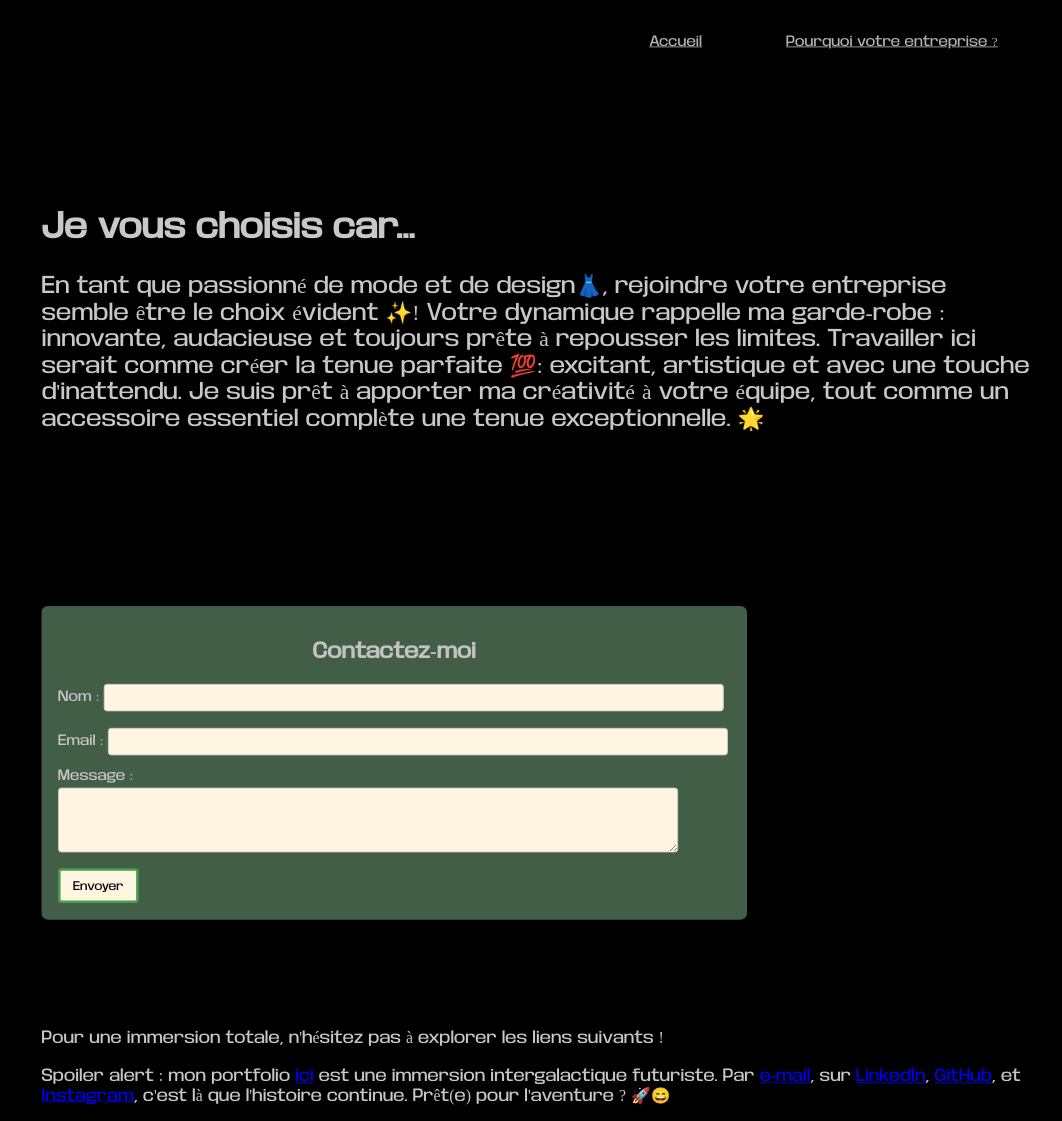
Repository: inessben/application
Page: about/about.html
The author's editor kept a copy of each file at every save. The page is drawn from the files as they stood at one save, then again after the next save.
The browser window is 1280 px wide. The pictures show the whole page, at 83% of full size.

Above is the page before, as saved 2023-12-04 02:22:12.

### about/about.html
<!DOCTYPE html>
<html lang="en">
<head>
    <meta charset="UTF-8">
    <meta name="viewport" content="width=device-width, initial-scale=1.0">
    <!-- generate the icon -->
    <link rel="apple-touch-icon" sizes="180x180" href="/favicon/apple-touch-icon.png">
    <link rel="icon" type="image/png" sizes="32x32" href="/favicon/favicon-32x32.png">
    <link rel="icon" type="image/png" sizes="16x16" href="/favicon/favicon-16x16.png">
    <link rel="manifest" href="/favicon/site.webmanifest">
    <link rel="mask-icon" href="/favicon/safari-pinned-tab.svg" color="#5bbad5">
    <meta name="msapplication-TileColor" content="#da532c">
    <!--  -->
    <meta name="theme-color" content="#ffffff">
    <title>#slowlyApplication</title>
    <link rel="stylesheet" href="about.css">

<script>
    document.addEventListener("DOMContentLoaded", function() {
        var formInputs = document.querySelectorAll("#contact-form input, #contact-form textarea")

        formInputs.forEach(function(input) {
            input.addEventListener("click", function() {
                alert("Bien joué ! Vous avez débloqué la quête secrète ! 🚀\n\nPour compléter cette mission, vous devez scroller encore un peu👇, pour trouver mes coordonnées. Les pigeons voyageurs fonctionnent aussi, mais c'est un peu rétro. 😉")
            })
        })
    })
</script>
</head>
<body>
    <section id="nav-header">
        <header class="nav-links">
            <a href="/index.html" class="link">Accueil</a>
            <a href="/company/company.html" class="link">Pourquoi votre entreprise ?</a>
        </header>
    </section>
    <section id="description">
        <h1>Je vous choisis car...</h1>
        <p> En tant que passionné de mode et de design👗, rejoindre votre entreprise semble être le choix évident ✨! Votre dynamique rappelle ma garde-robe : innovante, audacieuse et toujours prête à repousser les limites. Travailler ici serait comme créer la tenue parfaite 💯: excitant, artistique et avec une touche d'inattendu. Je suis prêt à apporter ma créativité à votre équipe, tout comme un accessoire essentiel complète une tenue exceptionnelle. 🌟 </p>
    </section>

    <section id="contact-form-container">
        <form id="contact-form">
        <h2>Contactez-moi</h2>

        <label for="name">Nom :</label>
        <input type="text" id="name" name="name" required>

        <label for="email">Email :</label>
        <input type="email" id="email" name="email" required>

        <label for="message">Message :</label>
        <textarea id="message" name="message" rows="4" required></textarea>

        <button type="submit">Envoyer</button>
        </form>
    </section>

    <footer>
        <p>Pour une immersion totale, n'hésitez pas à explorer les liens suivants !
            <br><br>Spoiler alert : mon portfolio <a href="https://iness-portfolio.vercel.app/">ici</a> est une immersion intergalactique futuriste. Par <a href="mailto:ine.benss@gmail.com">e-mail</a>, sur <a href="https://www.linkedin.com/in/iness-benaissa/">LinkedIn</a>, <a href="lien-vers-ton-github">GitHub</a>, et <a href="lien-vers-ton-insta">Instagram</a>, c'est là que l'histoire continue. Prêt(e) pour l'aventure ? 🚀😄</p>
    </footer>

</body>
</html>

### about/about.css

@font-face {
    font-family: "Jolley";
    src: url("/fonts/jolley.woff");
    }

@font-face {
    font-family: "Base Neue";
    src: url("/fonts/base-neue.ttf");
    }

::-webkit-scrollbar {
    width: 8px;
    }

::-webkit-scrollbar-track {
    background-color: #000;
    }

::-webkit-scrollbar-thumb {
    background-color: #4b4b4b;
    border-radius: 4px;
    }

::-webkit-scrollbar-thumb:hover {
    opacity: 0.7;
    }

body {
    margin: 0;
    font-family: "Base Neue";
    background-color: #000000;
    color: #c8c8c8;
    padding: 0;
    }

#nav-header {
    position: absolute;
    top: 30px;
    right: 20px;
    font-size: 16px;
    font-weight: 500;
    padding: 10px;
    }

.link {
    padding: 8px;
    text-decoration: #b3b3b3 underline;
    color: #b3b3b3;
    margin: auto 40px;
    }

.link:hover {
    opacity: 0.7;
    }

#description{
    position: relative;
    top: 200px;
    font-size: 26px;
    margin: 50px;
    width: 1200px;
    color: #c8c8c8;
    }

#contact-form-container {
    position: absolute;
    margin: 50px;
    top: 680px;
    width: 850px;
    }

#contact-form {
    position: absolute;
    background-color: #425E47;
    padding: 20px;
    border-radius: 8px;
    box-shadow: 0 4px 8px rgba(0, 0, 0, 0.1);
    transition: transform 0.3s ease-in-out;
    }

#contact-form h2 {
    text-align: center;
    color: #c3c3c3;
    }

#contact-form label {
    margin-top: 10px;
    }

#contact-form input,
#contact-form textarea {
    width: 90%;
    padding: 8px;
    margin-top: 5px;
    margin-bottom: 15px;
    background-color: #FFF5E1;
    border: 1px solid #ccc;
    border-radius: 4px;
    }

#contact-form button {
    background-color: #FFF5E1;
    font-family: "Base Neue";
    color: black;
    align-items: center;
    border: 3px solid #45a049;
    padding: 10px 15px;
    border-radius: 4px;
    cursor: pointer;
    transition: background-color 0.3s ease-in-out;
    }

#contact-form button:hover {
    background-color: #45a049;
    }

#contact-form-container:hover #contact-form {
    transform: rotate(5deg);
    }

footer
{
    position: absolute;
    bottom: -680px;
    font-size: 19px;
    margin: 50px;
}

After the next save:
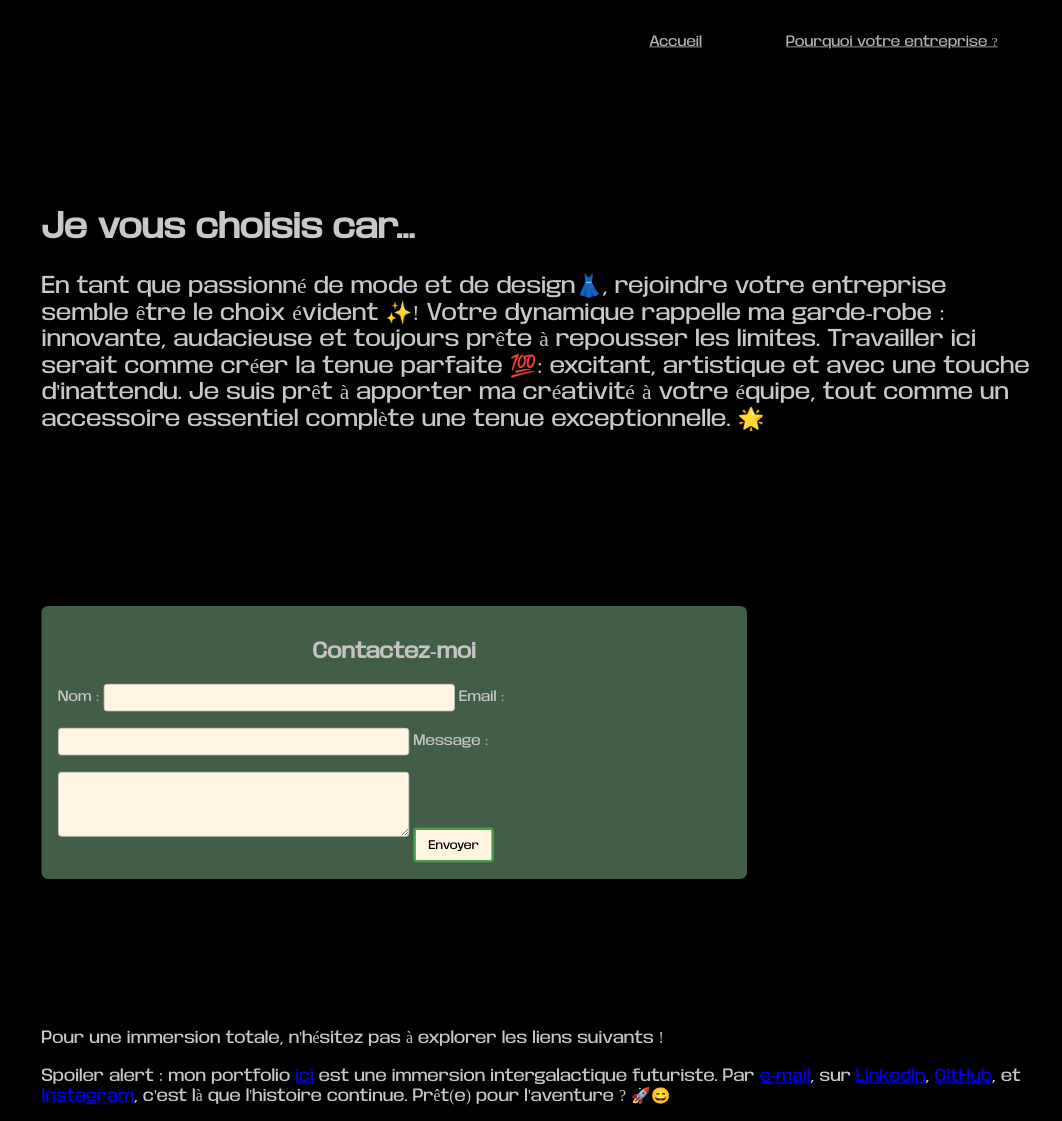
Saved 22 s later.
--- a/about/about.css
+++ b/about/about.css
@@ -90,7 +90,7 @@ body {
 
 #contact-form input,
 #contact-form textarea {
-    width: 90%;
+    width: 50%;
     padding: 8px;
     margin-top: 5px;
     margin-bottom: 15px;
